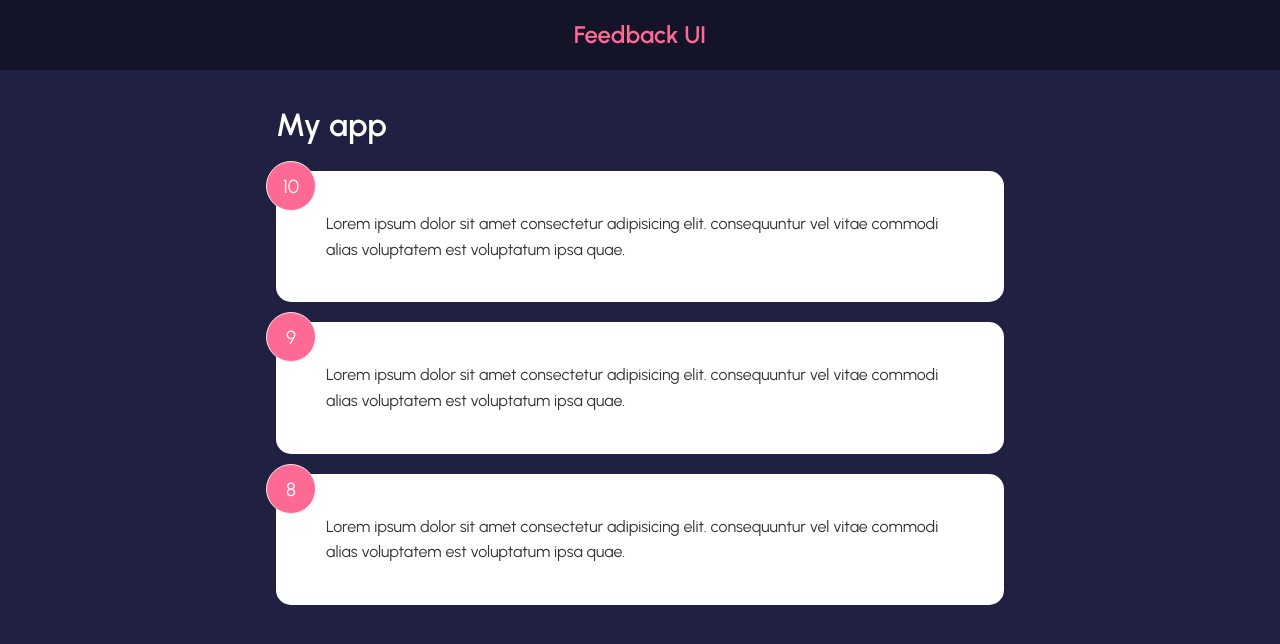
Repository: Vasil1001/feedback-project-react
Page: /
An editor plug-in stored every save of this project. The page is shown before and after the next save, followed by the edit.
The browser window is 1280 px wide. The pictures show the whole page.
The project was rebuilt for these pictures with package versions that can differ from the ones it lists, and the page was loaded fresh each time. Also part of the build but not shown: vite.config.js.

Above is the page before, as saved 2022-12-28 22:31:48.

### src/App.jsx
import { useState } from 'react'
import './App.css'
import FeedbackList from './components/FeedbackList'
import Header from './components/Header'
import FeedbackData from './data/FeedbackData'

function App() {
  const [feedback, setFeedback] = useState(FeedbackData)

  return (
    <div>
      <Header />
      <div className="container">
        <h1>My app</h1>
        <FeedbackList feedback={feedback}/>
      </div>
    </div>
  )
}

export default App

### src/App.css
@import url('https://fonts.googleapis.com/css2?family=Poppins:wght@400;600;700&display=swap');
@import url('https://fonts.googleapis.com/css2?family=DM+Sans:wght@400;700&family=Roboto+Condensed:wght@300;400;700&family=Urbanist:wght@100;300;400;600&display=swap');
* {
  box-sizing: border-box;
  margin: 0;
  padding: 0;
}

body {
  font-family: 'Urbanist', sans-serif;
  background-color: #202142;
  color: #fff;
  line-height: 1.6;
}

ul {
  list-style: none;
}

.container {
  max-width: 768px;
  margin: auto;
  padding: 0 20px;
}

header {
  height: 70px;
  width: 100%;
  display: flex;
  justify-content: space-between;
  align-items: center;
  margin-bottom: 30px;
}

.card {
  background-color: #fff;
  color: #333;
  border-radius: 15px;
  padding: 40px 50px;
  margin: 20px 0;
  position: relative;
}

.card.reverse {
  background-color: rgba(0, 0, 0, 0.4);
  color: #fff;
}

.card h2 {
  font-size: 22px;
  font-weight: 600;
  text-align: center;
}

.rating {
  display: flex;
  align-items: center;
  justify-content: space-around;
  margin: 30px 0 40px;
}

.rating li,
.num-display {
  position: relative;
  background: #f4f4f4;
  width: 50px;
  height: 50px;
  padding: 10px;
  text-align: center;
  border-radius: 50%;
  font-size: 19px;
  border: 1px #eee solid;
  transition: 0.3s;
}

.rating li label {
  position: absolute;
  top: 50%;
  left: 50%;
  width: 50px;
  height: 50px;
  padding: 10px;
  border-radius: 50%;
  transform: translate(-50%, -50%);
  cursor: pointer;
}

.rating li:hover,
.num-display {
  background: #ff6a95;
  color: #fff;
}

[type='radio'] {
  opacity: 0;
}

[type='radio']:checked ~ label {
  background: #ff6a95;
  color: #fff;
}

.input-group {
  display: flex;
  flex-direction: row;
  border: 1px solid #ccc;
  padding: 8px 10px;
  border-radius: 8px;
}

input {
  flex-grow: 2;
  border: none;
  font-size: 16px;
}

input:focus {
  outline: none;
}

.feedback-stats {
  color: #fff;
  display: flex;
  justify-content: space-between;
  align-items: center;
}

.num-display {
  position: absolute;
  top: -10px;
  left: -10px;
}

.close,
.edit {
  position: absolute;
  top: 10px;
  right: 20px;
  cursor: pointer;
  background: none;
  border: none;
}

.edit {
  right: 40px;
}

.btn {
  color: #fff;
  border: 0;
  border-radius: 8px;
  color: #fff;
  width: 100px;
  height: 40px;
  cursor: pointer;
}

.btn-primary {
  background-color: #202142;
}

.btn-secondary {
  background: #ff6a95;
}

.btn:hover {
  transform: scale(0.98);
  opacity: 0.9;
}

.btn:disabled {
  background-color: #cccccc;
  color: #333;
  cursor: auto;
}

.btn:disabled:hover {
  transform: scale(1);
  opacity: 1;
}

.message {
  padding-top: 10px;
  text-align: center;
  color: rebeccapurple;
}

/* FIX: Remove position: absolute to keep about icon at the bottom of the
 * document */
.about-link {
  display: flex;
  justify-content: flex-end;
}

/* FIX: Remove position: absolute to keep about icon at the bottom of the
 * document */
.about-link a {
  color: #fff;
  cursor: pointer;
}

.about-link a:hover {
  color: #ff6a95;
}

.about h1 {
  margin-bottom: 20px;
}

.about p {
  margin: 10px 0;
}

@media (max-width: 600px) {
  .rating li {
    margin: 10px 3px;
  }

  .rating {
    display: flex;
    align-items: center;
    justify-content: center;
    flex-wrap: wrap;
    margin: 30px 0 40px;
  }

  .input-group input {
    width: 80%;
  }
}

### src/components/FeedbackList.jsx
import React from 'react'
import FeedbackItem from './FeedbackItem'

export default function FeedbackList({ feedback }) {
    return (
        <div className="feedback-list">
            {feedback.length > 0 ? feedback.map((item) => (
                <FeedbackItem key={item.id} item={item}/>
            ))
                : <p>No feedback yet</p>}
        </div>
    )
}

### src/components/Header.jsx
import React from 'react'

function Header({ text }) {
    return (
        <header style={{backgroundColor: 'rgba(0,0,0,0.4', color: '#ff6a95'}}>
            <div className="container">
                <h2>{text}</h2>
            </div>
        </header>
    )
}
Header.defaultProps = {
    text: 'Feedback UI',
}
export default Header

### src/components/FeedbackItem.jsx
import React, { useState } from 'react'
import Card from './shared/Card'

function FeedbackItem({item}) {
    return (

        <Card reverse={true}>
            <div className="num-display">{item.rating}</div>
            <div className="text-display">{item.text}</div>
        </Card>
    )
}

export default FeedbackItem

### src/components/shared/Card.jsx
import React from 'react'

function Card({ children, reverse }) {
    return (
        <div className="card">
            {children}
        </div>
    )
}

export default Card

Loaded but not shown: index.html (common file); src/main.jsx (common file); src/data/FeedbackData.jsx (common file)

After the next save:
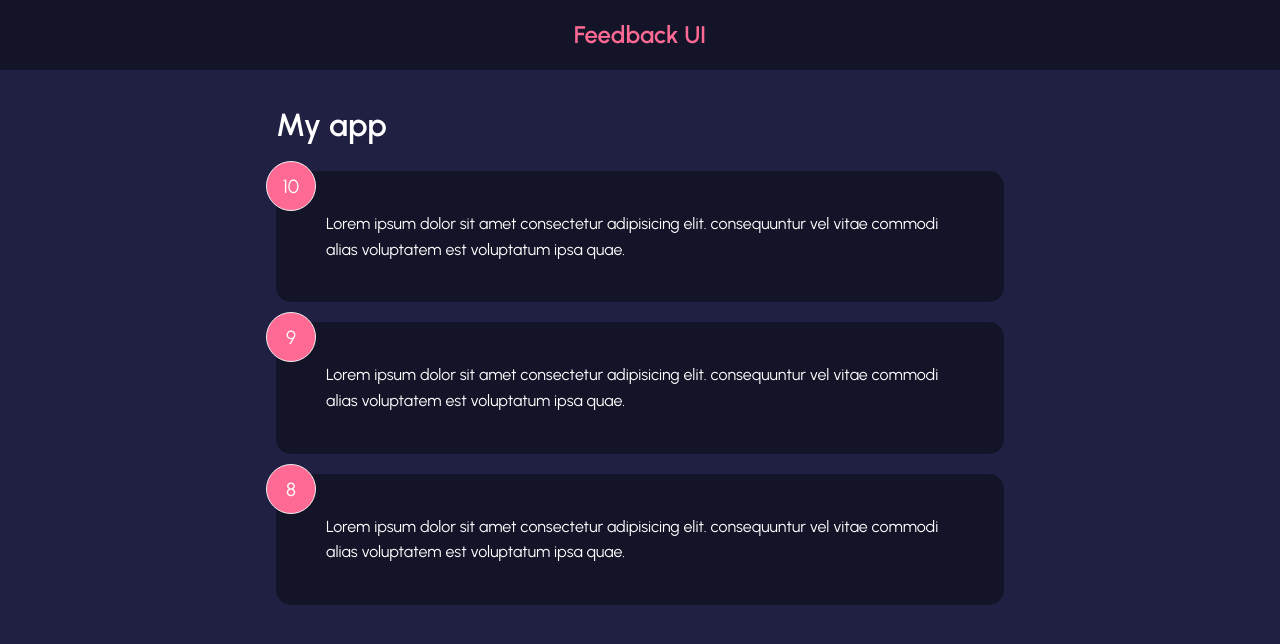
Saved 39 s later.
--- a/src/components/shared/Card.jsx
+++ b/src/components/shared/Card.jsx
@@ -2,7 +2,7 @@ import React from 'react'
 
 function Card({ children, reverse }) {
     return (
-        <div className="card">
+        <div className="card reverse">
             {children}
         </div>
     )
